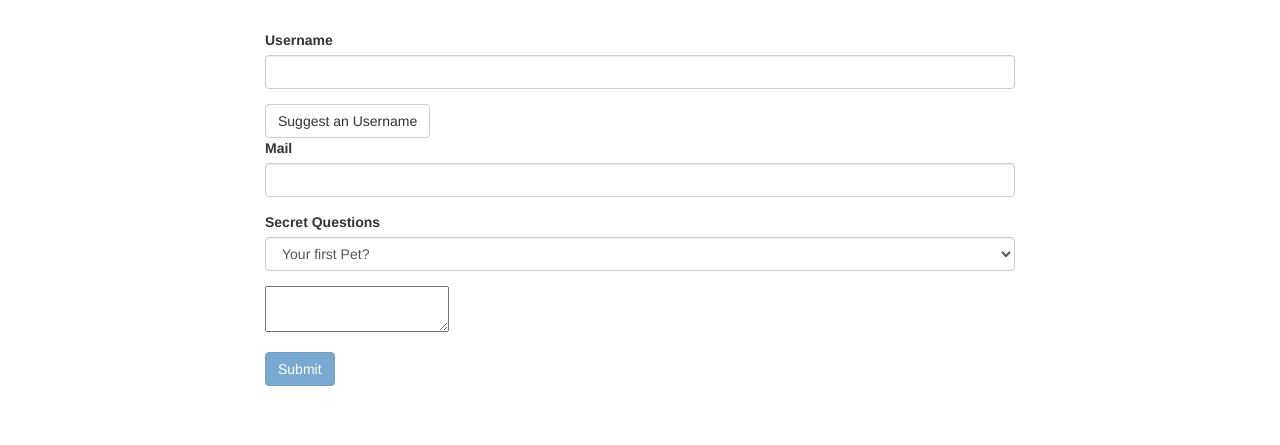
Repository: NikitasX/AngularCourse
Page: / (app in forms-start/)
An editor plug-in stored every save of this project. The page is shown before and after a run of saves, followed by the edit.
The browser window is 1280 px wide. The pictures show the whole page.
The project was rebuilt for these pictures with package versions that can differ from the ones it lists, and the page was loaded fresh each time. Also part of the build but not shown: forms-start/angular.json.

Above is the page before, as saved 2020-09-25 15:45:26.

After the next 3 saves:
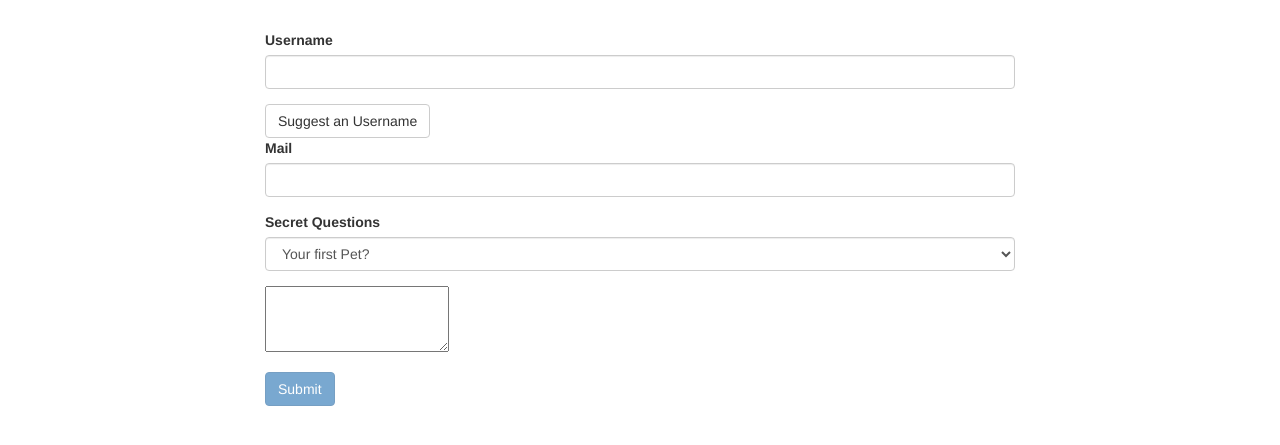
The 3 saves are shown as one change because they came seconds apart.
The last was saved 13 s later.
--- a/forms-start/src/app/app.component.html
+++ b/forms-start/src/app/app.component.html
@@ -45,7 +45,8 @@
         </div>
         <div class="form-group">
           <textarea
-          ></textarea>
+          name="questionAnswer"
+          rows="3"></textarea>
         </div>
         <button
           class="btn btn-primary"
